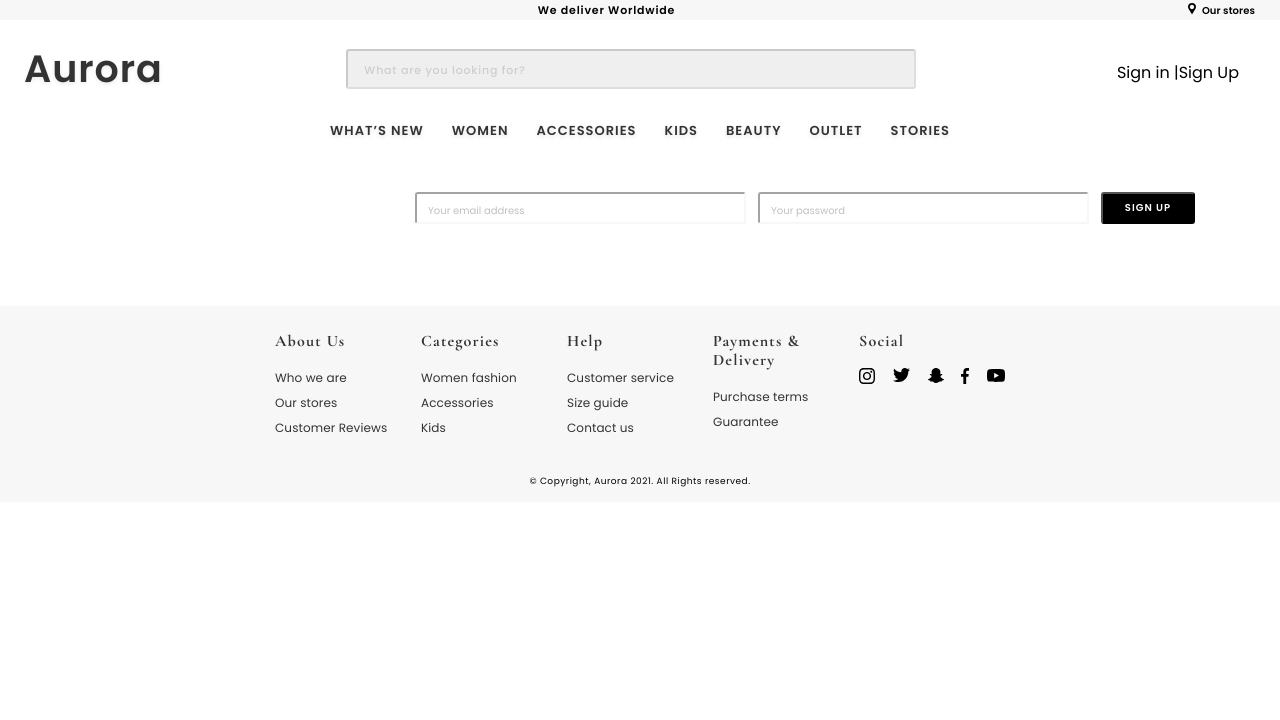
Repository: YuraKrvz/aurora-react-redux-toolkit-firebase
Page: /signUp
These files come from the project's save history. The page is drawn as it stood at one moment and after the next save; the edit follows.
The browser window is 1280 px wide. The pictures show the whole page.
The project was rebuilt for these pictures with package versions that can differ from the ones it lists, and the page was loaded fresh each time. Also part of the build but not shown: src/components/MainSection/MainSection.jsx, src/pages/HomeGuest.jsx, src/pages/HomeUser.jsx, src/pages/SignIn.jsx.

Above is the page before, as saved 2021-11-29 15:16:01.

After the next save:
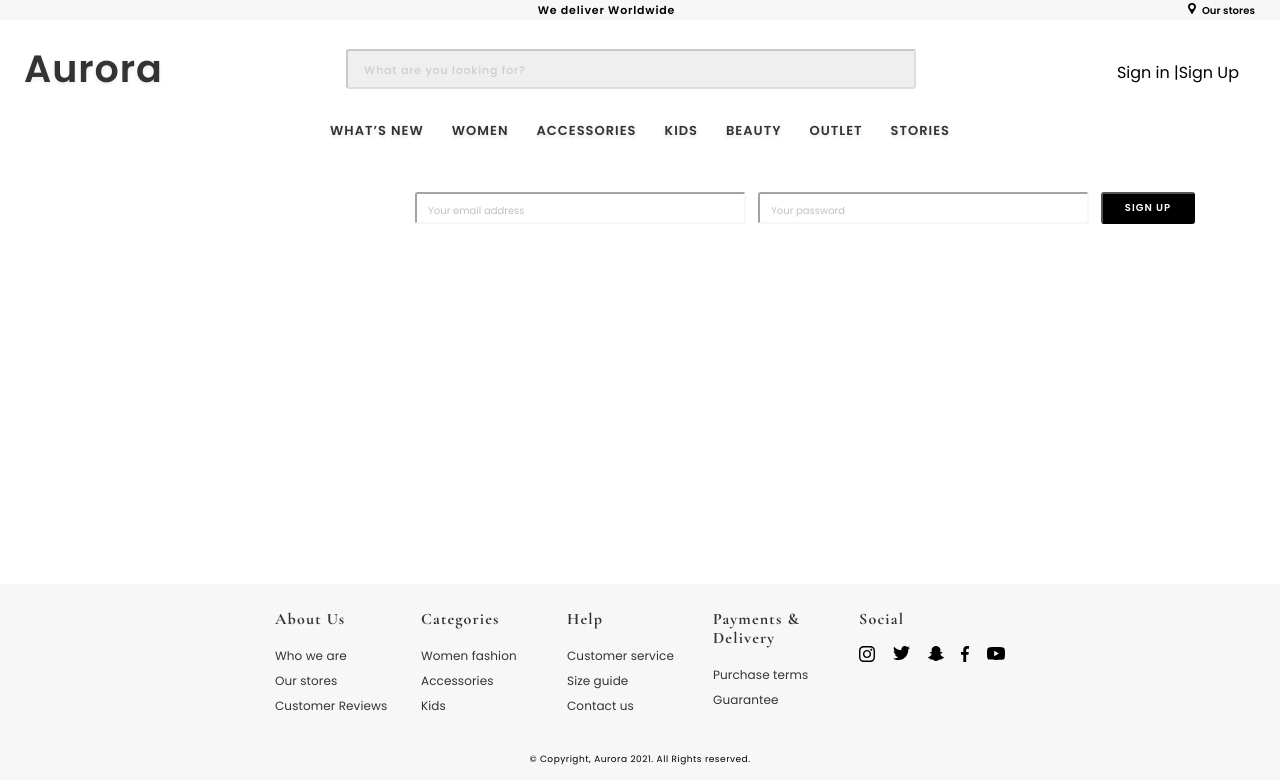
Saved 39 s later.
--- a/src/pages/SignUp.jsx
+++ b/src/pages/SignUp.jsx
@@ -16,8 +16,8 @@ const SignUp = () => {
 
    return (
       <>
-         <div className={s.section_register_field} >
-            <div style={{height: '50vh'}}>
+         <div style={{height: '50vh'}} className={s.section_register_field} >
+            <div >
                <label className={s.input_wrap} style={{flex: '1 1 auto'}}>
                <input className={s.section_register_input} ref={emailRef} type="email" placeholder='Your email address' />
                <input className={s.section_register_input} ref={passwordRef} type="password" placeholder='Your password' />
